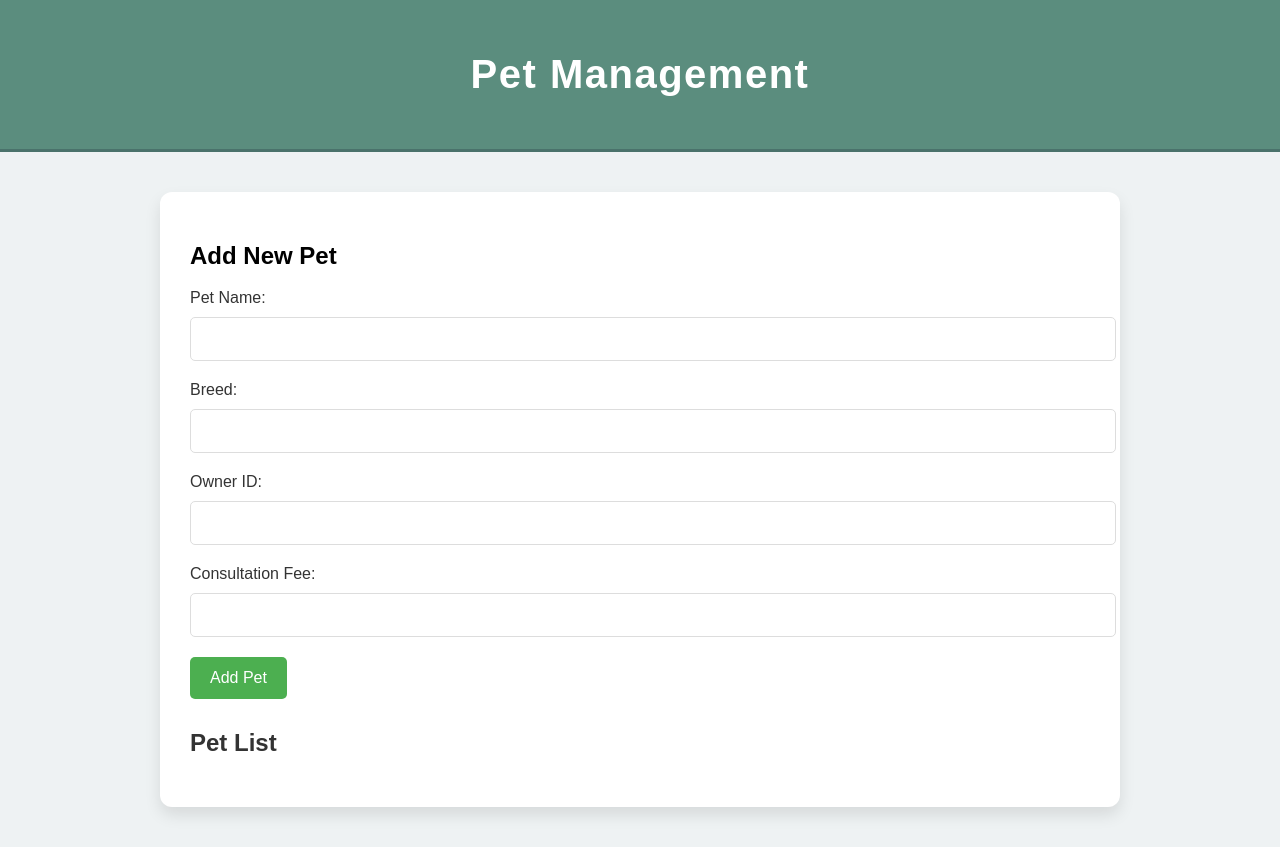
Repository: abirami1105/repoA
Page: PetClinicApplication/src/main/resources/static/pet.html
An editor plug-in stored every save of this project. The page is shown before and after the next save, followed by the edit.
The browser window is 1280 px wide. The pictures show the whole page.
The page's requests for data from a server got no answer.

Above is the page before, as saved 2025-01-02 18:52:30.

After the next save:
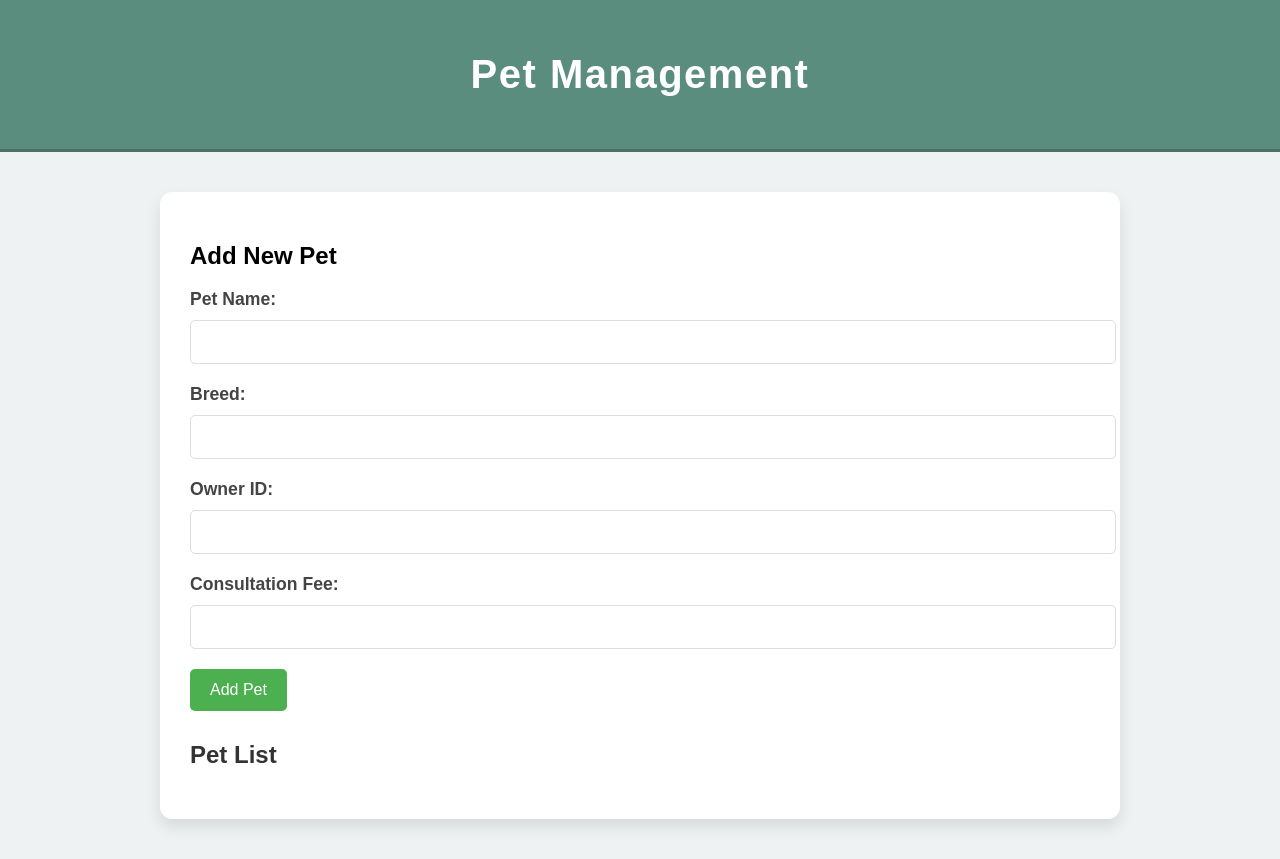
Saved 54 s later.
--- a/PetClinicApplication/src/main/resources/static/pet.html
+++ b/PetClinicApplication/src/main/resources/static/pet.html
@@ -41,8 +41,9 @@
         .form-container label {
             display: block;
             margin-bottom: 10px;
-            font-size: 1rem;
-            color: #333;
+            font-size: 1.1rem;
+            font-weight: bold;
+            color: #444;
         }
 
         .form-container input {
